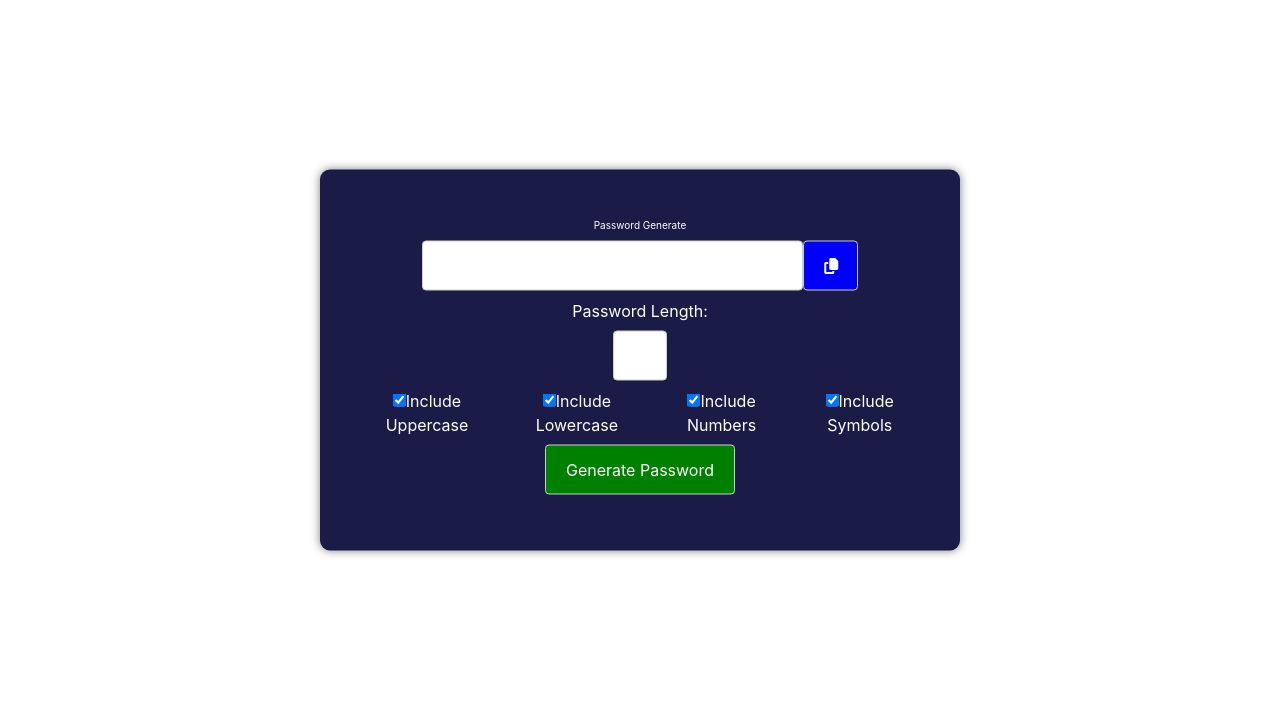
Repository: sriram1224/Password-generator
Page: / (app in password-generator/)
An editor plug-in stored every save of this project. The page is shown before and after the next save, followed by the edit.
The browser window is 1280 px wide. The pictures show the whole page.
Some web libraries are served in a nearby version. The project was rebuilt for these pictures with package versions that can differ from the ones it lists, and the page was loaded fresh each time.

Above is the page before, as saved 2024-03-10 21:57:03.

After the next save:
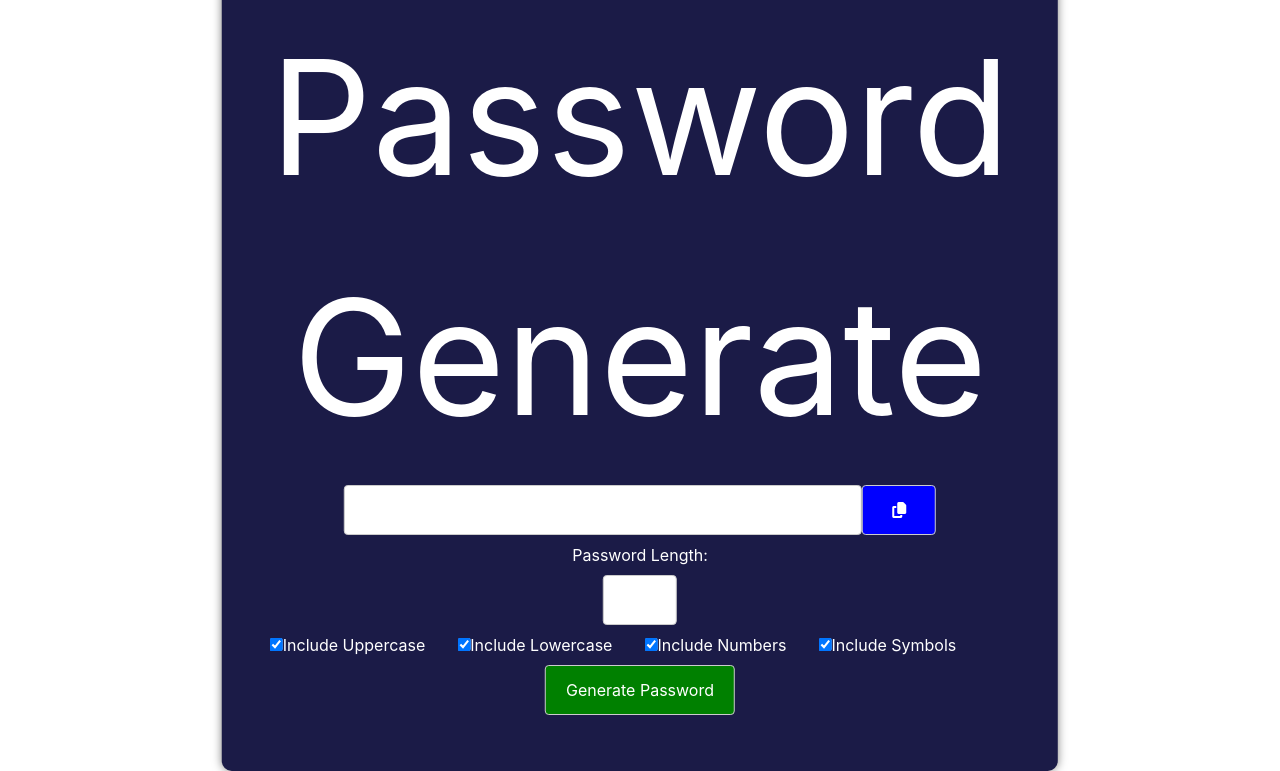
Saved 4 s later.
--- a/password-generator/src/Components/content.css
+++ b/password-generator/src/Components/content.css
@@ -69,5 +69,5 @@
     /* Add width and height if necessary */
 }
 .main h1{
-    font-size: 10px;
+    font-size: 10rem;
 }
